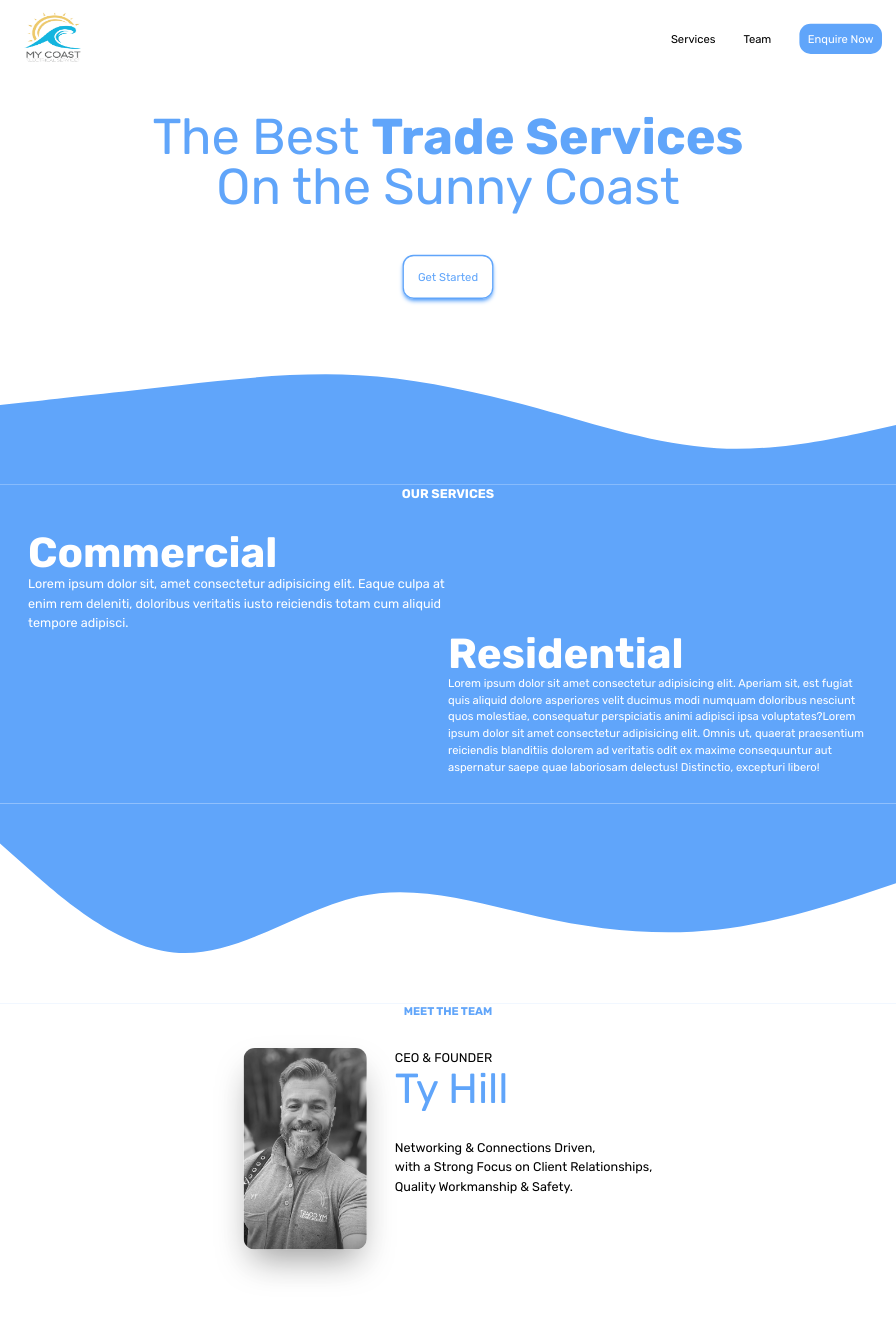
Repository: Jace-Kington/mce-website
Page: /
The author's editor kept a copy of each file at every save. The page is drawn from the files as they stood at one save, then again after the next save.
The browser window is 1280 px wide. The pictures show the part of the page from y = 0 to 1920 px (the page is 2879 px tall before and 2767 px after), at 70% of full size.
The project was rebuilt for these pictures with package versions that can differ from the ones it lists, and the page was loaded fresh each time. The framework's server and built-in components were replaced by stand-ins that run in the browser. Also part of the build but not shown: next.config.js.

Above is the page before, as saved 2022-11-12 13:51:07.

After the next save:
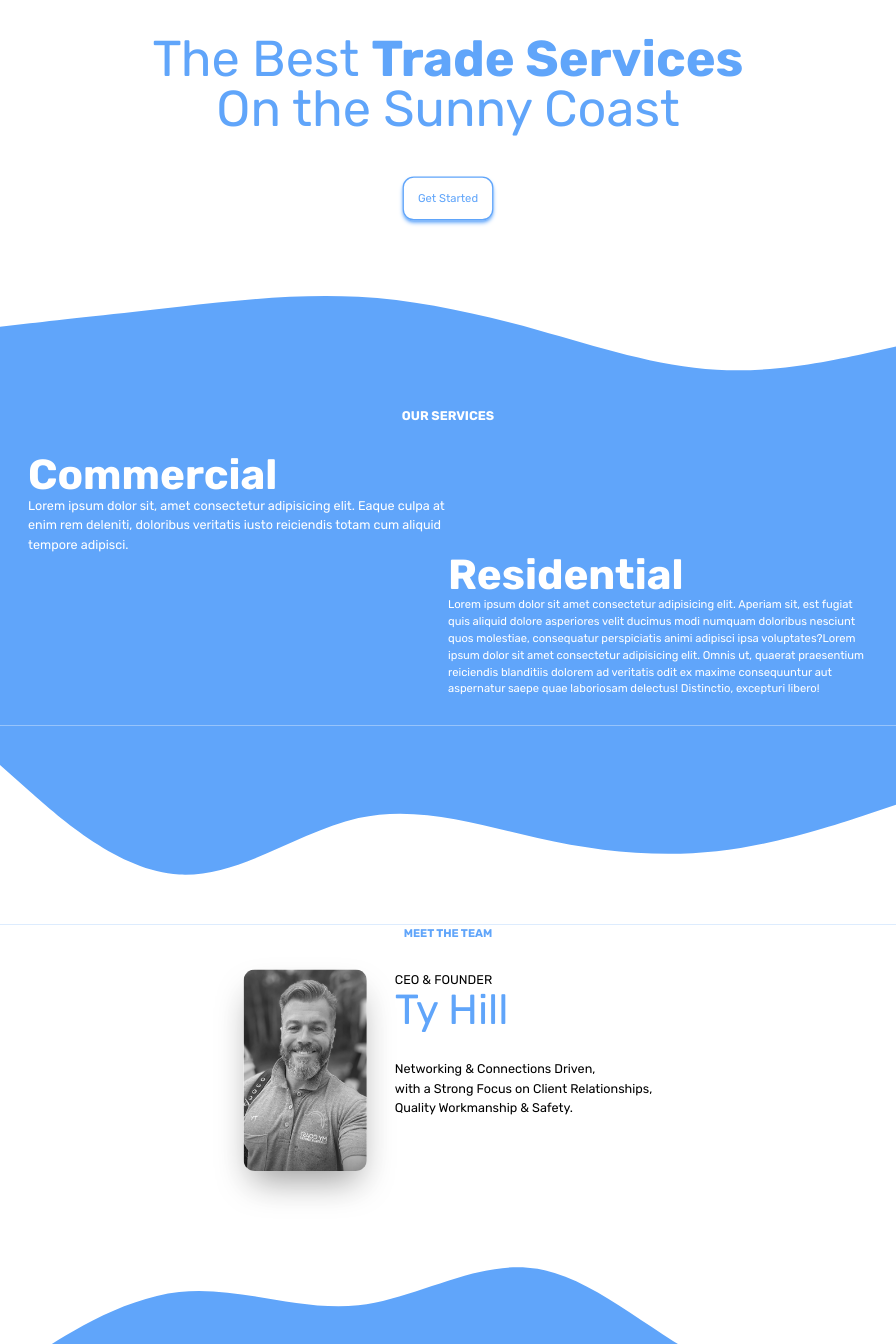
Saved 18 s later.
--- a/components/Navbar.jsx
+++ b/components/Navbar.jsx
@@ -7,7 +7,7 @@
     <div className=''>
       <head>
       </head>
-      <div className='flex justify-between items-center ml-5 mr-5'>
+      <div className='flex md:hidden justify-between items-center ml-5 mr-5'>
         <Image alt = "" src={image_2} className='rounded-full p-2 h-28 w-28' />
 
         <div className='flex gap-10 items-center'>

After the 5 saves that followed:
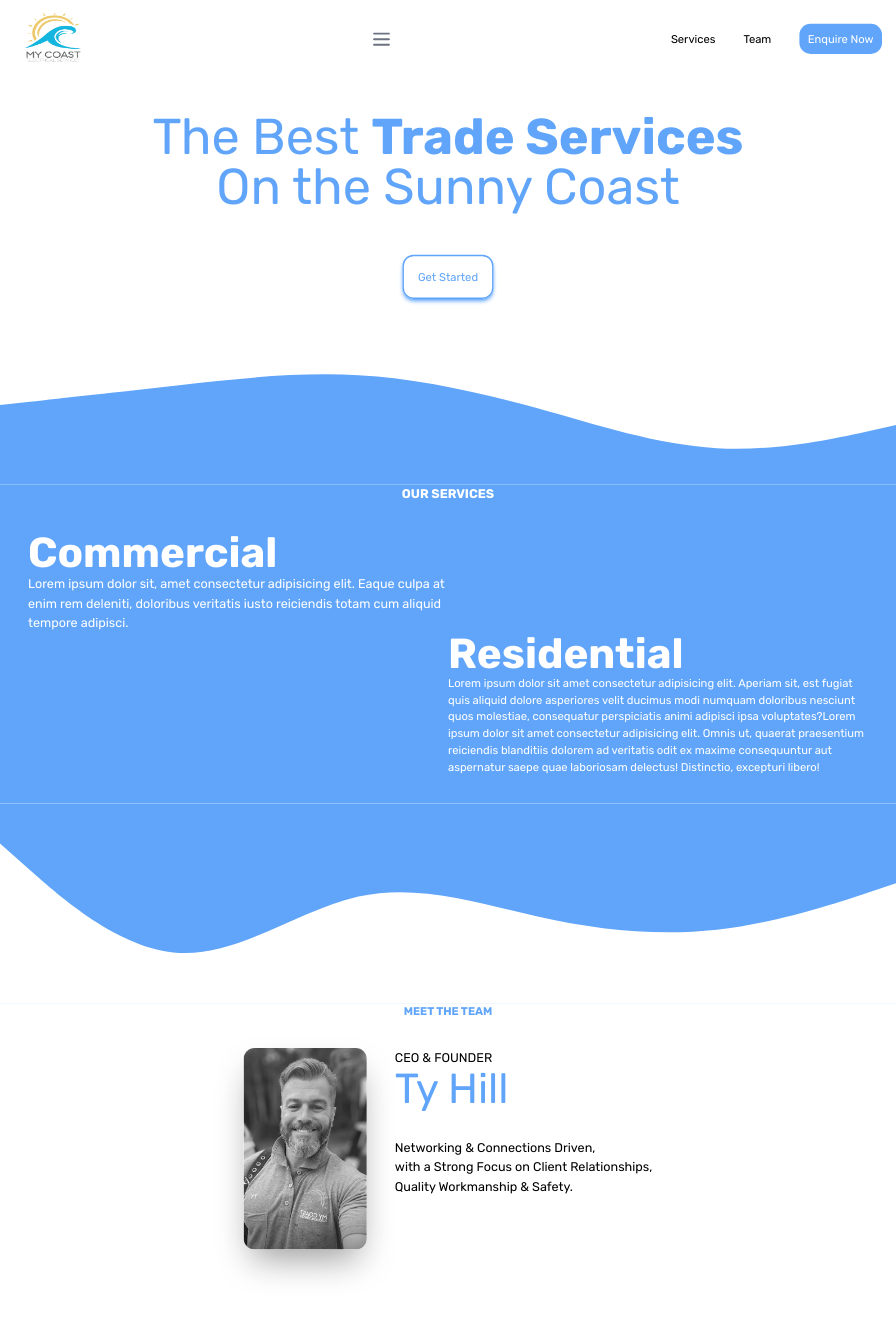
The 5 saves are shown as one change because 4 left the picture as it was.
The last was saved 3 min 6 s later.
--- a/components/Navbar.jsx
+++ b/components/Navbar.jsx
@@ -1,15 +1,17 @@
 import React from 'react'
 import Image from 'next/image'
 import image_2 from '../assets/logo-1.png'
+import HamburgerMenu from './Hamburger'
+import Link from 'next/link'
 
 const Navbar = () => {
   return (
     <div className=''>
       <head>
       </head>
-      <div className='flex md:hidden justify-between items-center ml-5 mr-5'>
+      <div className='flex justify-between items-center ml-5 mr-5'>
         <Image alt = "" src={image_2} className='rounded-full p-2 h-28 w-28' />
-
+    <HamburgerMenu className = 'md:hidden'/>
         <div className='flex gap-10 items-center'>
           <a className='hover:text-blue-400 transition ease-in' href='#services-section'>
             Services
--- a/components/Hamburger.jsx
+++ b/components/Hamburger.jsx
@@ -1,5 +1,6 @@
 import Link from 'next/link'
 import { slide as Menu } from 'react-burger-menu'
+
 const HamburgerMenu = () => (<div className='relative p-2'>
     <Menu customBurgerIcon={<HamburgerIcon />} width={'auto'} className='left-0 top-12' >
         <Links />
@@ -9,8 +10,8 @@ const HamburgerMenu = () => (<div className='relative p-2'>
 const HamburgerIcon = () => (<div className='p-1/2'><svg className="w-8 h-8 text-gray-500" fill="none" strokeLinecap="round" strokeLinejoin="round" strokeWidth="2" viewBox="0 0 24 24" stroke="currentColor"><path d="M4 6h16M4 12h16M4 18h16"></path></svg></div>)
 
 export const Links = () => (<>
-    <Link href="/"><a className='font-bold p-4'>Home</a></Link>
-    <Link href="/about"><a className='font-bold p-4'>About</a></Link>
+    <Link href="/">Home</Link>
+    <Link href="/about">About</Link>
 </>)
 
 export default HamburgerMenu
